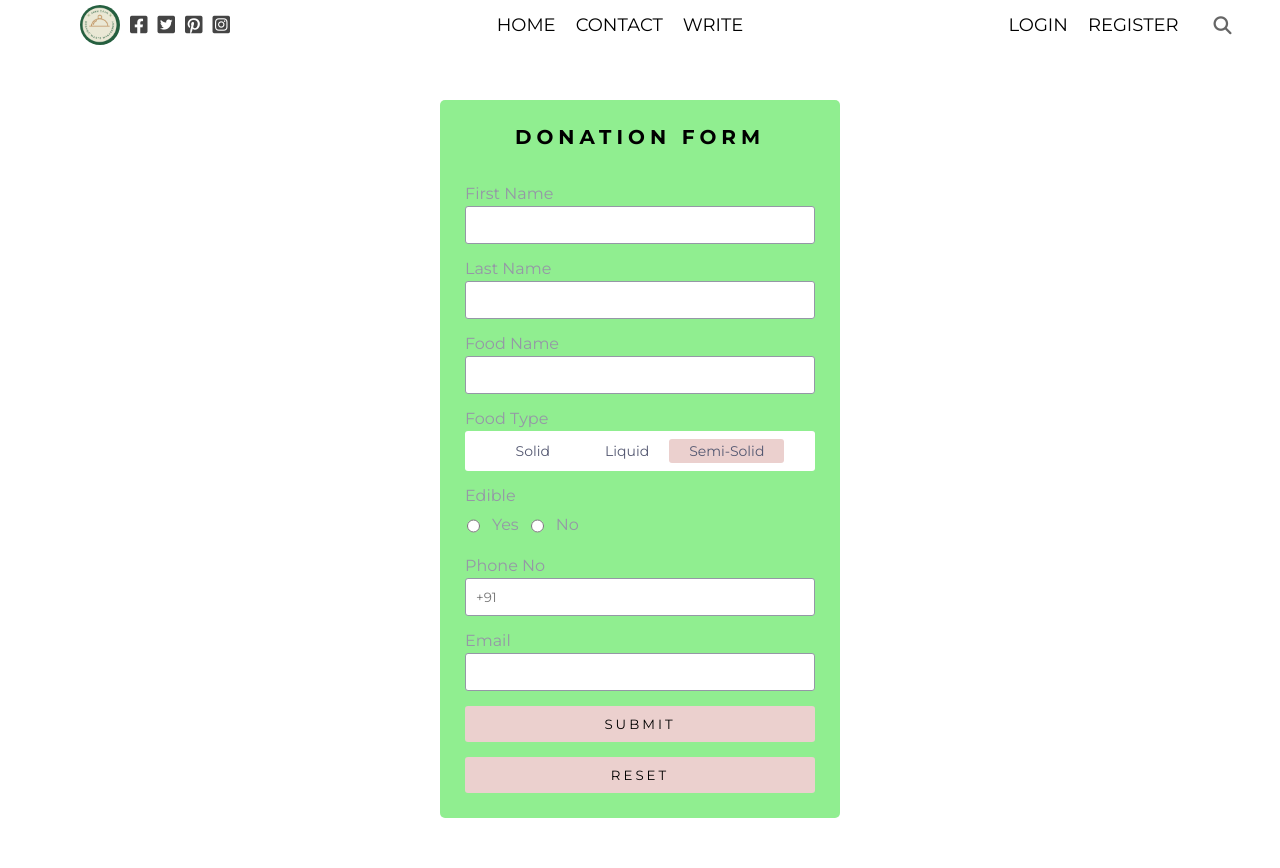
Repository: blsnabrhm/anna-daan
Page: /Contact (app in client/)
The author's editor kept a copy of each file at every save. The page is drawn from the files as they stood at one save, then again after the next save.
The browser window is 1280 px wide. The pictures show the whole page.
Some web libraries are served in a nearby version. The project was rebuilt for these pictures with package versions that can differ from the ones it lists, and the page was loaded fresh each time. Also part of the build but not shown: client/src/components/header/header.css, client/src/components/header/Header.jsx, client/src/components/posts/posts.css, client/src/components/posts/Posts.jsx, client/src/components/sidebar/sidebar.css, client/src/components/sidebar/SideBar.jsx, client/src/pages/home/home.css, client/src/pages/home/Home.jsx and 13 more. Imported but missing from the stored project, and not drawn on this page: client/src/components/post/Post.

Above is the page before, as saved 2022-04-22 08:59:21.

### client/public/index.html
<!DOCTYPE html>
<html lang="en">
  <head>
    <meta charset="utf-8" />
    <link rel="icon" href="%PUBLIC_URL%/favicon.ico" />
    <meta name="viewport" content="width=device-width, initial-scale=1" />
    <meta name="theme-color" content="#000000" />
    <meta
      name="description"
      content="Web site created using create-react-app"
    />
    <link rel="preconnect" href="https://fonts.googleapis.com">
    <link rel="preconnect" href="https://fonts.gstatic.com" crossorigin>
    <link href="https://fonts.googleapis.com/css2?family=Josefin+Sans:wght@100;200;300;400;500;600;700&family=Lora:ital@0;1&family=Varela&family=Varela+Round&display=swap" rel="stylesheet">
    <link rel="stylesheet" href="https://cdnjs.cloudflare.com/ajax/libs/font-awesome/6.1.1/css/all.min.css" integrity="sha512-KfkfwYDsLkIlwQp6LFnl8zNdLGxu9YAA1QvwINks4PhcElQSvqcyVLLD9aMhXd13uQjoXtEKNosOWaZqXgel0g==" crossorigin="anonymous" referrerpolicy="no-referrer" />
    <style>*{
      margin: 0;
    }</style>
    <style>
      .link {
        text-decoration: none;
        color: inherit;
      }
    </style>
    <title>Anna Daan</title>
  </head>
  <body>
    <noscript>You need to enable JavaScript to run this app.</noscript>
    <div id="root"></div>

  </body>
</html>

### client/src/index.js
import React from 'react';
import ReactDOM from 'react-dom/client';
import App from './App';
import { ContextProvider } from './context/Context';

const root = ReactDOM.createRoot(document.getElementById('root'));
root.render(
  <React.StrictMode>
    <ContextProvider>
    <App />
    </ContextProvider>
  </React.StrictMode>
);

### client/src/App.js
import Home from "./pages/home/Home";
import TopBar from "./components/topbar/TopBar";
import Single from "./pages/single/Single";
import Write from "./pages/write/Write";
import Settings from "./pages/settings/Settings";
import Login from "./pages/login/Login";
import Register from "./pages/register/Register";
import Contact from "./pages/contact/Contact";
import { BrowserRouter as Router, Switch, Route, Link } from "react-router-dom";
import { useContext } from "react";
import { Context } from "./context/Context";

function App() {
  const { user } = useContext(Context);
  return (
    <Router>
      <TopBar />
      <Switch>
        <Route exact path="/">
          <Home />
        </Route>
        <Route path="/register">{user ? <Home /> : <Register />}</Route>
        <Route path="/login">{user ? <Home /> : <Login />}</Route>
        <Route path="/Contact">{user ? <Contact />: <Contact/> }</Route>
        <Route path="/write">{user ? <Write /> : <Register />}</Route>
        <Route path="/settings">{user ? <Settings /> : <Register />}</Route>
        <Route path="/post/:postId">
          <Single />
        </Route>
      </Switch>
    </Router>
  );
}

export default App;

### client/src/context/Context.js
import { createContext, useEffect, useReducer } from "react";
import Reducer from "./Reducer";

const INITIAL_STATE = {
  user: JSON.parse(localStorage.getItem("user")) || null,
  isFetching: false,
  error: false,
};

export const Context = createContext(INITIAL_STATE);

export const ContextProvider = ({ children }) => {
  const [state, dispatch] = useReducer(Reducer, INITIAL_STATE);

  useEffect(() => {
    localStorage.setItem("user", JSON.stringify(state.user));
  }, [state.user]);

  return (
    <Context.Provider
      value={{
        user: state.user,
        isFetching: state.isFetching,
        error: state.error,
        dispatch,
      }}
    >
      {children}
    </Context.Provider>
  );
};

### client/src/components/topbar/TopBar.jsx
import { useContext } from "react";
import { Link } from "react-router-dom";
import { Context } from "../../context/Context";
import "./topbar.css";

export default function TopBar() {
  const { user, dispatch } = useContext(Context);
  const PF = "http://localhost:3000/images/"

  const handleLogout = () => {
    dispatch({ type: "LOGOUT" });
  };
  return (
    <div className="top">
      <div className="topLeft">
        <img className="topImg topLogo" src={require('../../assets/Anna_Daan.png')} alt="" />
        <i className="topIcon fab fa-facebook-square"></i>
        <i className="topIcon fab fa-twitter-square"></i>
        <i className="topIcon fab fa-pinterest-square"></i>
        <i className="topIcon fab fa-instagram-square"></i>
      </div>
      <div className="topCenter">
        <ul className="topList">
          <li className="topListItem">
            <Link className="link" to="/" >
              HOME
            </Link>
          </li>
          <li className="topListItem">
            <Link className="link" to="/contact" >
              CONTACT
            </Link>
          </li>
          <li className="topListItem">
            <Link className="link" to="/write">
              WRITE
            </Link>
          </li>
          <li className="topListItem" onClick={handleLogout}>
            {user && "LOGOUT"}
          </li>
        </ul>
      </div>
      <div className="topRight">
        {user ? (
          <Link to="/settings">
            <img className="topImg" src={PF+user.profilePic} alt="" />
          </Link>
        ) : (
          <ul className="topList">
            <li className="topListItem">
              <Link className="link" to="/login" >
                LOGIN
              </Link>
            </li>
            <li className="topListItem">
              <Link className="link" to="/register">
                REGISTER
              </Link>
            </li>
          </ul>
        )}
        <i className="topSearchIcon fas fa-search"></i>
      </div>
    </div>
  );
}

### client/src/pages/contact/Contact.jsx
import './contact.css'

export default function Contact() {
    return (
    <div className='contact'>
        <div class="registration_form">
		<div class="title">
			Donation Form
		</div>

		<form>
			<div class="form_wrap">
                <div className="input_wrap">
					<label for="fname">First Name</label>
					<input type="text" id="email"/>
				</div>
				<div className="input_wrap">
					<label for="lname">Last Name</label>
					<input type="text" id="email"/>
				</div>
                <div >

                </div>

                <div className="input_wrap">
					<label for="fname">Food Name</label>
					<input type="text" id="email"/>
				</div>
                <div className="input_wrap">
					<label>Food Type</label>
					<ul>
						<li>
							<label className="radio_wrap">
								<input type="radio" name="gender" value="male" className="input_radio" checked/>
								<span>Solid</span>
							</label>
						</li>
						<li>
							<label className="radio_wrap">
								<input type="radio" name="gender" value="female" className="input_radio"/>
								<span>Liquid</span>
							</label>
						</li>
                        <li>
							<label className="radio_wrap">
								<input type="radio" name="gender" value="male" className="input_radio" checked/>
								<span>Semi-Solid</span>
							</label>
						</li>
					</ul>
				</div>
                <div className="input_wrap">
                    <label className='edi' for="edible">Edible</label>
                    <div className='edible'>
                    <input className='edible' type="radio" id="y" name='edible'/>
                    <label className='edible' for="edible">Yes  </label>
                    <input className='edible' type="radio" id="n" name='edible'/>
                    <label className='edible' for="edible">No  </label>
                    </div>
                </div>
                <div className='input_wrap'></div>
				<div className="input_wrap">
					<label for="city">Phone No</label>
					<input type="tel" id="city" placeholder="+91"/>
				</div>
				<div className="input_wrap">
					<label for="country">Email</label>
					<input type="text" id="country"/>
				</div>
				<div className="input_wrap">
					<input type="submit" value="Submit" className="submit_btn"/>
				</div>
        <div className="input_wrap">
					<input type="submit" value="Reset" className="submit_btn"/>
				</div>
			</div>
		</form>
	</div>
    </div>
    )
}

### client/src/context/Reducer.js
const Reducer = (state, action) => {
  switch (action.type) {
    case "LOGIN_START":
      return {
        user: null,
        isFetching: true,
        error: false,
      };
    case "LOGIN_SUCCESS":
      return {
        user: action.payload,
        isFetching: false,
        error: false,
      };
    case "LOGIN_FAILURE":
      return {
        user: null,
        isFetching: false,
        error: true,
      };
      case "UPDATE_START":
        return {
          ...state,
          isFetching:true
        };
      case "UPDATE_SUCCESS":
        return {
          user: action.payload,
          isFetching: false,
          error: false,
        };
      case "UPDATE_FAILURE":
        return {
          user: state.user,
          isFetching: false,
          error: true,
        };
    case "LOGOUT":
      return {
        user: null,
        isFetching: false,
        error: false,
      };
    default:
      return state;
  }
};

export default Reducer;

### client/src/components/topbar/topbar.css
.top {
    width: 100%;
    height: 50px;
    background-color: white;
    position: sticky;
    top: 0;
    display: flex;
    align-items: center;
    font-family: "Josefin Sans", sans-serif;
    z-index: 999;
  }

  .topLeft,
  .topRight {
    flex: 3;
    display: flex;
    align-items: center;
    justify-content: center;
  }

  .topCenter {
    flex: 6;
  }

  .topLogo {
    margin-right: 10px;
  }

  .topIcon {
    font-size: 20px;
    margin-right: 10px;
    color: #444;
    cursor: pointer;
  }

  .topImg {
    width: 40px;
    height: 40px;
    border-radius: 50%;
    object-fit: cover;
    cursor: pointer;
  }

  .topList {
    display: flex;
    justify-content: center;
    margin: 0;
    padding: 0;
    list-style: none;
  }

  .topListItem {
    margin-right: 20px;
    font-size: 18px;
    font-weight: 300;
    cursor: pointer;
  }

  .topSearchIcon {
    font-size: 18px;
    color: #666;
    cursor: pointer;
    margin-left: 15px;
  }

### client/src/pages/contact/contact.css
@import url('https://fonts.googleapis.com/css2?family=Montserrat:wght@400;700&display=swap');

*{
	margin: 0;
	padding: 0;
	box-sizing: border-box;
	list-style: none;
	font-family: 'Montserrat', sans-serif;
}

.contact {
    display: flex;
    align-items: center;
    justify-content: center;
    margin: 50px 0;
}


.edible {
    display: flex;
    flex-wrap: wrap;
    margin-top: 3px;
    margin-right: 10px;
    padding: 2px;
}

.wrapper{
	min-height: 100vh;
	display: flex;
	justify-content: center;
	align-items: center;
}

.registration_form{
	background: lightgreen;
	padding: 25px;
	border-radius: 5px;
	width: 400px;
}

.registration_form .title{
	text-align: center;
	font-size: 20px;
	text-transform: uppercase;
	color: #000000;
	letter-spacing: 5px;
	font-weight: 700;
}

.form_wrap{
	margin-top: 35px;
}

.form_wrap .input_wrap{
	margin-bottom: 15px;
}

.form_wrap .input_wrap:last-child{
	margin-bottom: 0;
}

.form_wrap .input_wrap label{
	display: block;
	margin-bottom: 3px;
	color: #9597a6;
}
.form_wrap .input_grp  input[type="text"] ,input[type="number"]{
	width: 165px;
}

.form_wrap  input[type="text"], input[type="number"], input[type="tel"]{
	width: 100%;
	border-radius: 3px;
	border: 1px solid #9597a6;
	padding: 10px;
	outline: none;
}

.form_wrap  input[type="text"]:focus{
	border-color: #ebd0ce;
}

.form_wrap ul{
	background: #fff;
	padding: 8px 10px;
	border-radius: 3px;
	display: flex;
	justify-content: center;
}

.form_wrap ul li:first-child{
	margin-right: 15px;
}
.form_wrap ul .radio_wrap{
	position: relative;
	margin-bottom: 0;
}

.form_wrap ul .radio_wrap .input_radio{
	position: absolute;
	top: 0;
	right: 0;
	opacity: 0;
}

.form_wrap ul .radio_wrap span{
	display: inline-block;
	font-size: 14px;
	padding: 3px 20px;
	border-radius: 3px;
	color: #545871;
}

.form_wrap .input_radio:checked ~ span{
	background: #ebd0ce;
}

.form_wrap .submit_btn{
	width: 100%;
	background: #ebd0ce;
	padding: 10px;
	border: 0;
	border-radius: 3px;
	text-transform: uppercase;
	letter-spacing: 3px;
	cursor: pointer;
}

.form_wrap .submit_btn:hover{
	background: #ffd5d2;
}

After the next save:
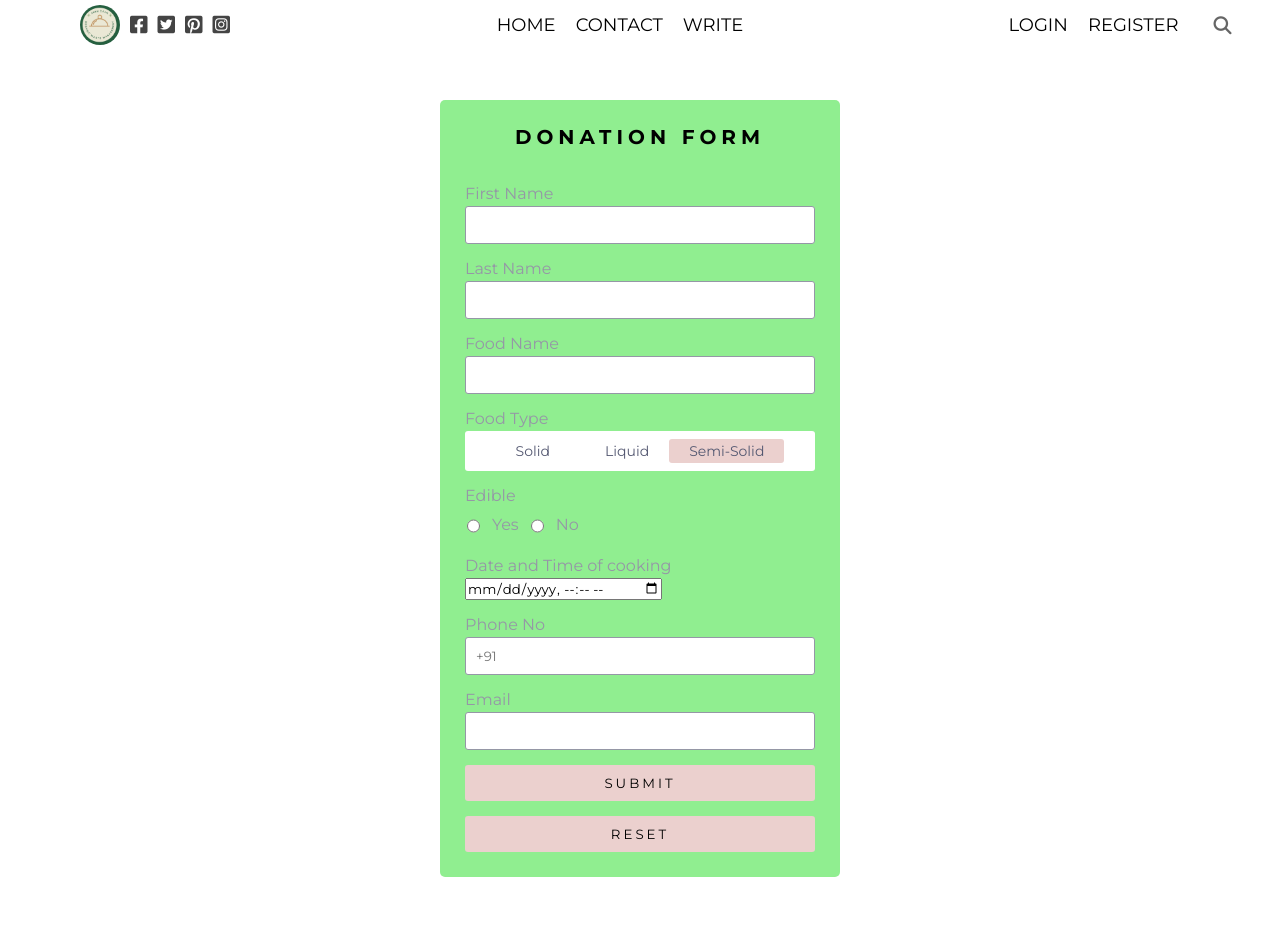
Saved 71 s later.
--- a/client/src/pages/contact/Contact.jsx
+++ b/client/src/pages/contact/Contact.jsx
@@ -58,7 +58,10 @@ export default function Contact() {
                     <label className='edible' for="edible">No  </label>
                     </div>
                 </div>
-                <div className='input_wrap'></div>
+                <div className='input_wrap'>
+                    <label for="dot">Date and Time of cooking</label>
+					<input type="datetime-local" id="dot" class="ta"/>
+                </div>
 				<div className="input_wrap">
 					<label for="city">Phone No</label>
 					<input type="tel" id="city" placeholder="+91"/>
